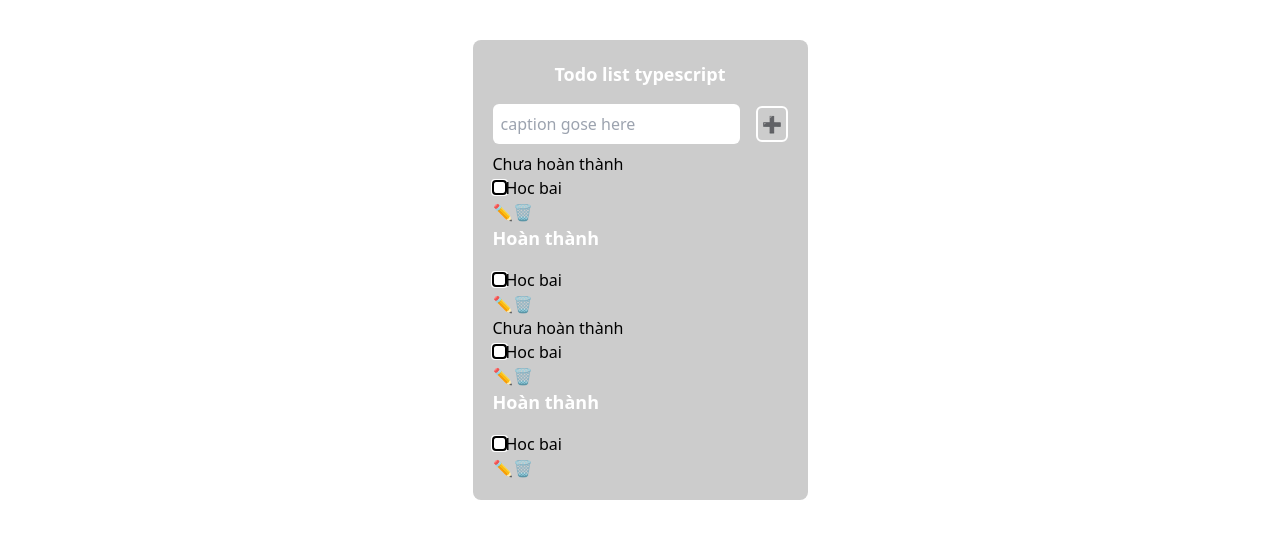
Repository: VIET-TU/react-super-main
Page: / (app in todolist-mybuild/)
These files come from the project's save history. The page is drawn as it stood at one moment and after the next save; the edit follows.
The browser window is 1280 px wide. The pictures show the whole page.
The project was rebuilt for these pictures with package versions that can differ from the ones it lists, and the page was loaded fresh each time. Also part of the build but not shown: todolist-mybuild/vite.config.ts.

Above is the page before, as saved 2023-05-16 07:00:32.

After the next save:
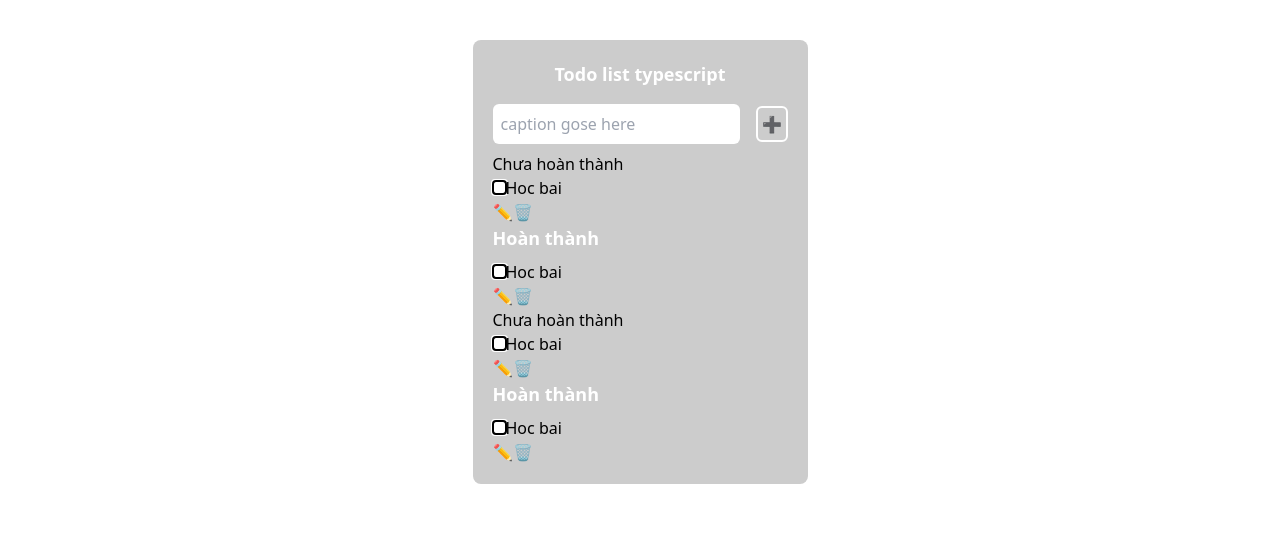
Saved 6 s later.
--- a/todolist-mybuild/src/components/TaskList/TaskList.tsx
+++ b/todolist-mybuild/src/components/TaskList/TaskList.tsx
@@ -17,7 +17,7 @@ const TaskList = () => {
         </div>
       </div>
       <div className='finish'>
-        <h2 className='mb-4 text-lg font-bold text-white text-[10px]'>Hoàn thành</h2>
+        <h2 className='mb-2 text-lg font-bold text-white text-[20px]'>Hoàn thành</h2>
         <div className='tasks '>
           <div className='task'>
             <input type='checkbox' name='' id=' ' />
